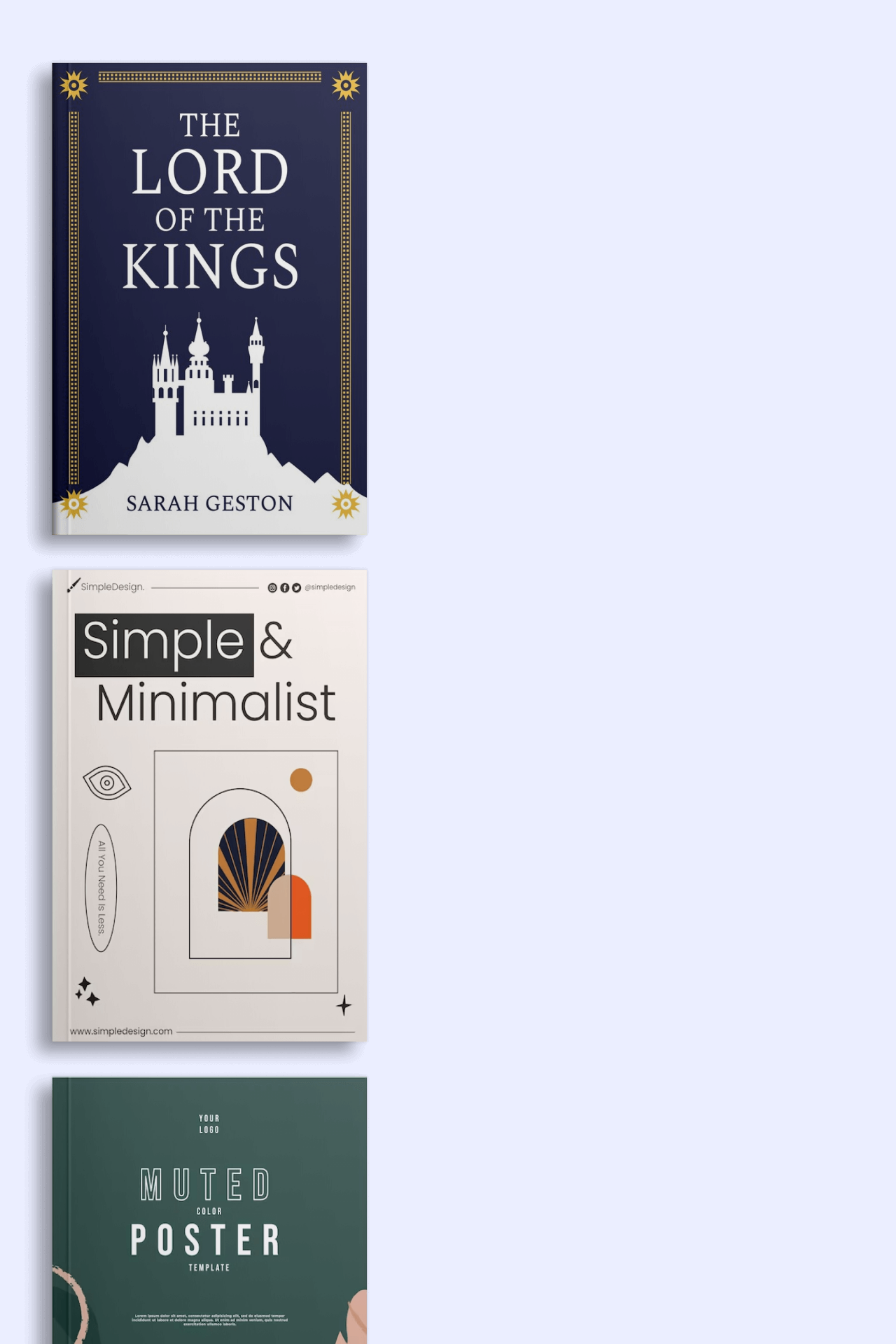
Repository: dinhhaidh/slider-book
Page: index1.html
An editor plug-in stored every save of this project. The page is shown before and after a run of saves, followed by the edit.
The browser window is 1280 px wide. The pictures show the part of the page from y = 0 to 1920 px (the page is 2992 px tall), at 70% of full size.
Some web fonts or font styles are not loaded; a fallback is used.

Above is the page before, as saved 2024-01-15 15:13:20.

After the next 3 saves:
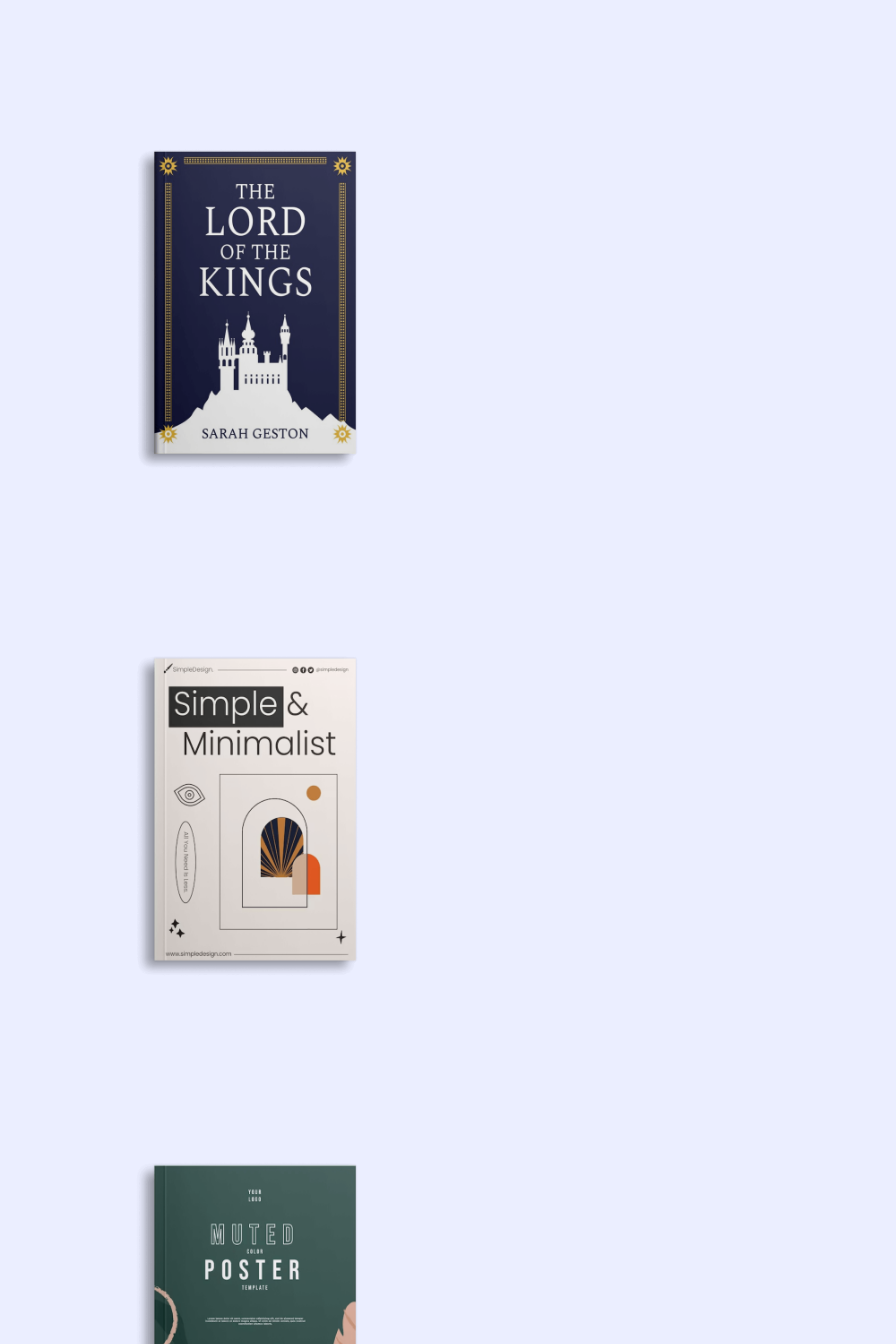
The 3 saves are shown as one change because they came seconds apart.
The last was saved 17 s later.
--- a/style.css
+++ b/style.css
@@ -166,7 +166,9 @@ img {
 
 
 /*=============== HOME ===============*/
-.home__article{
+.home__article,
+.home__img{
+    scale: .8;
 
 }
 
